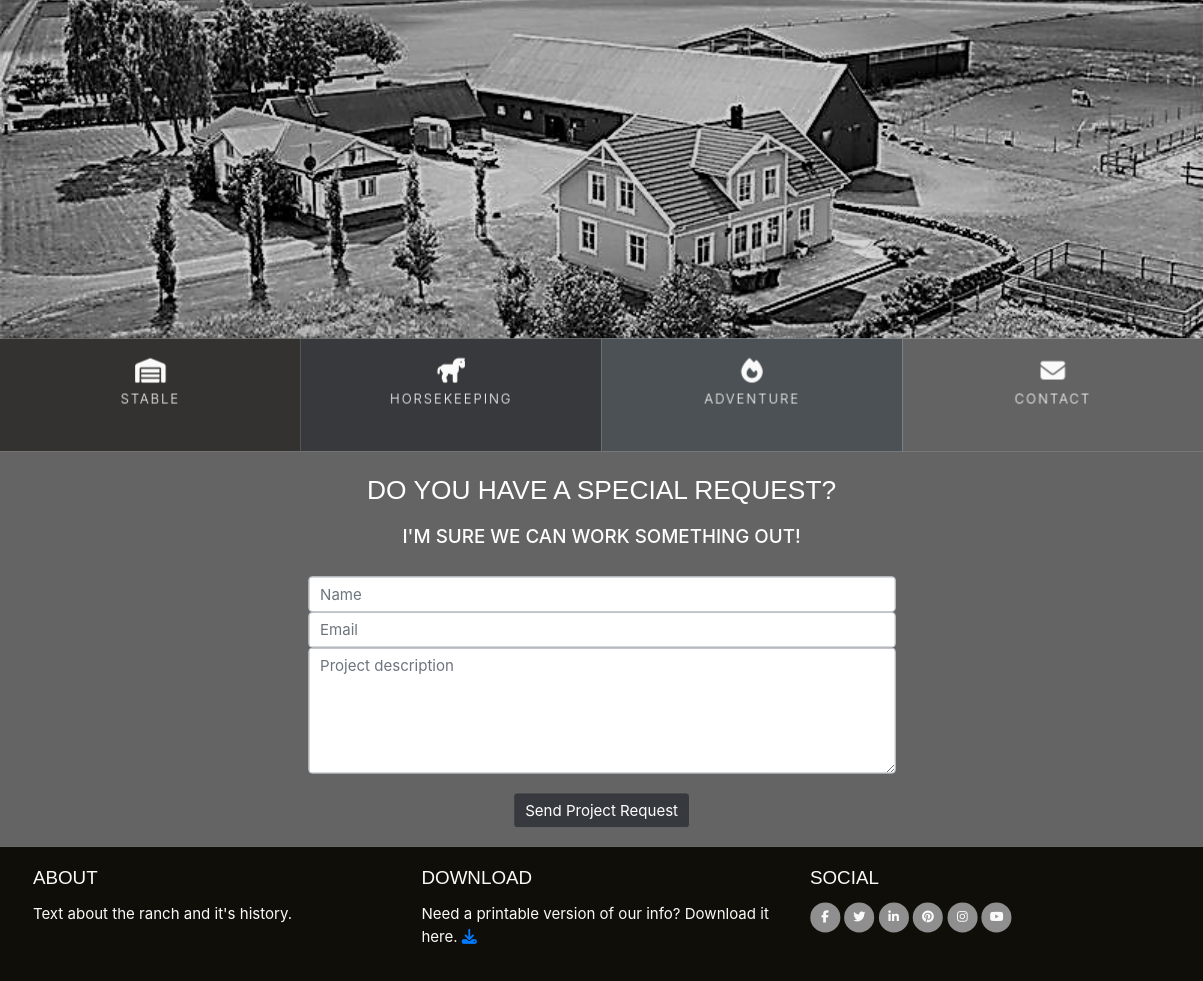
Repository: Jadehammar/frontendmilestone
Page: contact.html
The author's editor kept a record of every edit. The page is drawn from the files as they stood at one moment, then again after the next edit.
The browser window is 1280 px wide. The pictures show the whole page, at 94% of full size.
Backgrounds fixed to the window are drawn as part of the page. Some web libraries are served in a nearby version.

Above is the page before.

After the next edit:
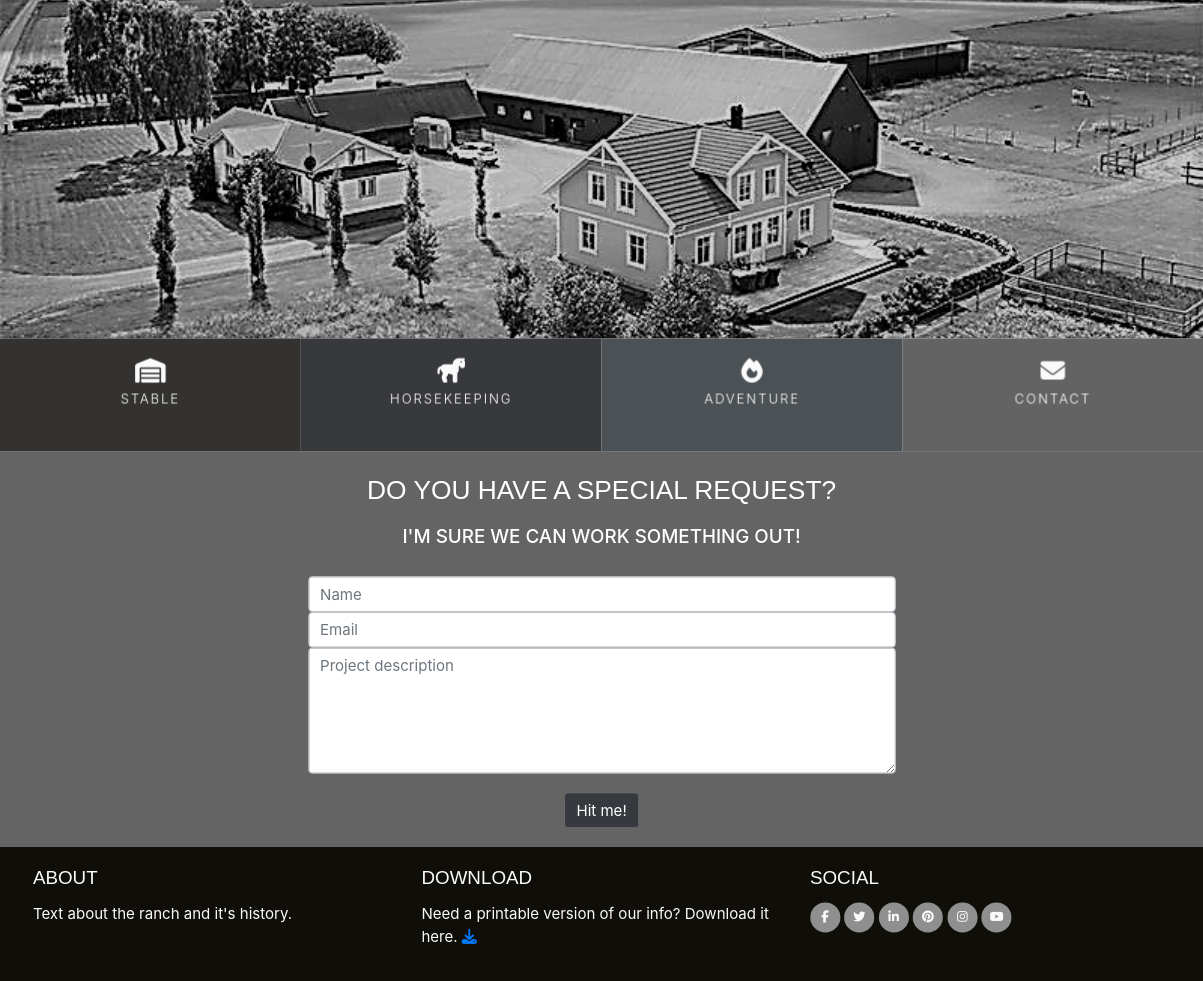
The edit:
--- a/contact.html
+++ b/contact.html
@@ -53,7 +53,7 @@
                         <textarea rows="5" name="projectsummary" id="projectsummary" class="form-control" placeholder="Project description" required></textarea>
                         <div class="form-row text-center">
                             <div class="col">
-                                <button type="submit" class="btn btn-secondary">Send Project Request</button>
+                                <button type="submit" class="btn btn-secondary">Hit me!</button>
                             </div>
                         </div>
                     </form>
